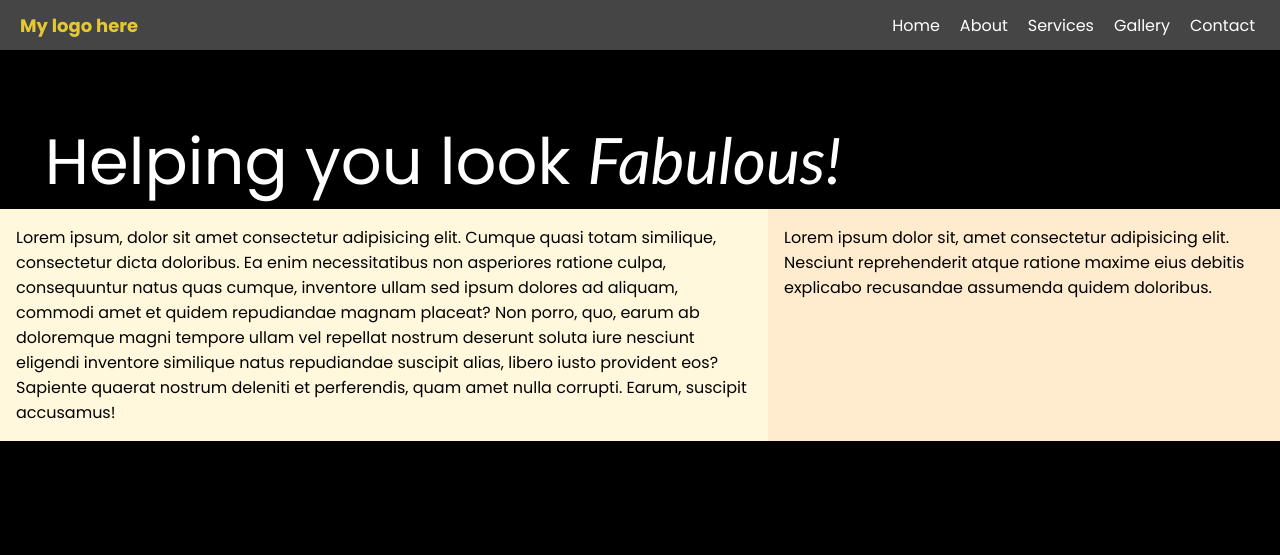
Repository: buzzedison/gardens
Page: index.html
These files come from the project's save history. The page is drawn as it stood at one moment and after the next save; the edit follows.
The browser window is 1280 px wide. The pictures show the whole page.

Above is the page before, as saved 2022-01-12 17:16:11.

After the next save:
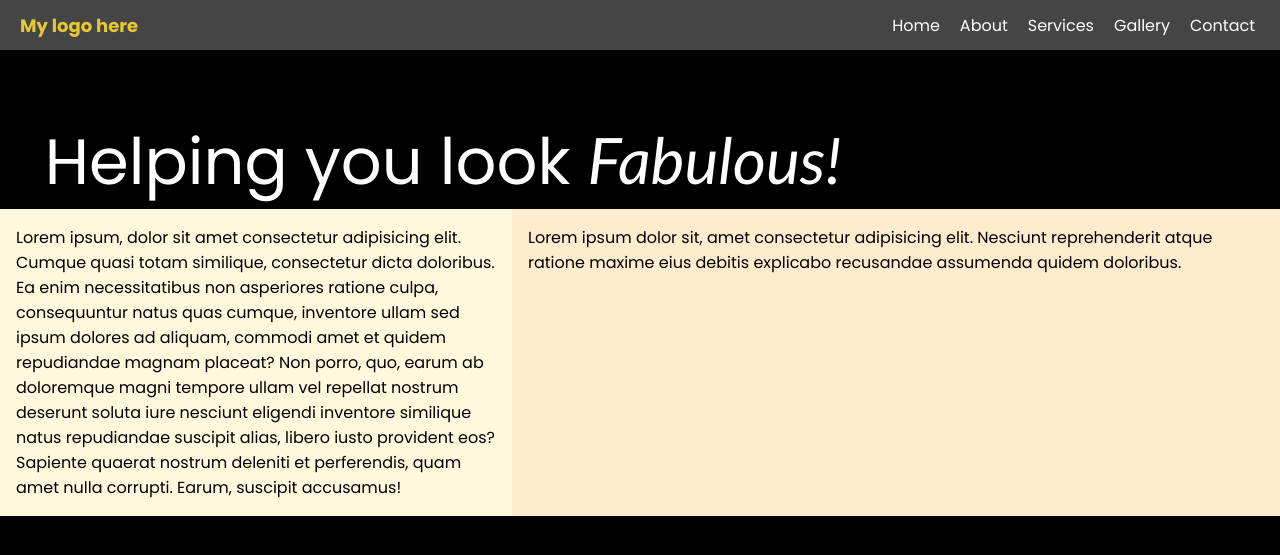
Saved 48 s later.
--- a/css/styles.css
+++ b/css/styles.css
@@ -148,5 +148,5 @@ ul li:hover {
 
 .grid{
   display:grid;
-  grid-template-columns: 60% 40%;
+  grid-template-columns: 40% 60%;
 }
